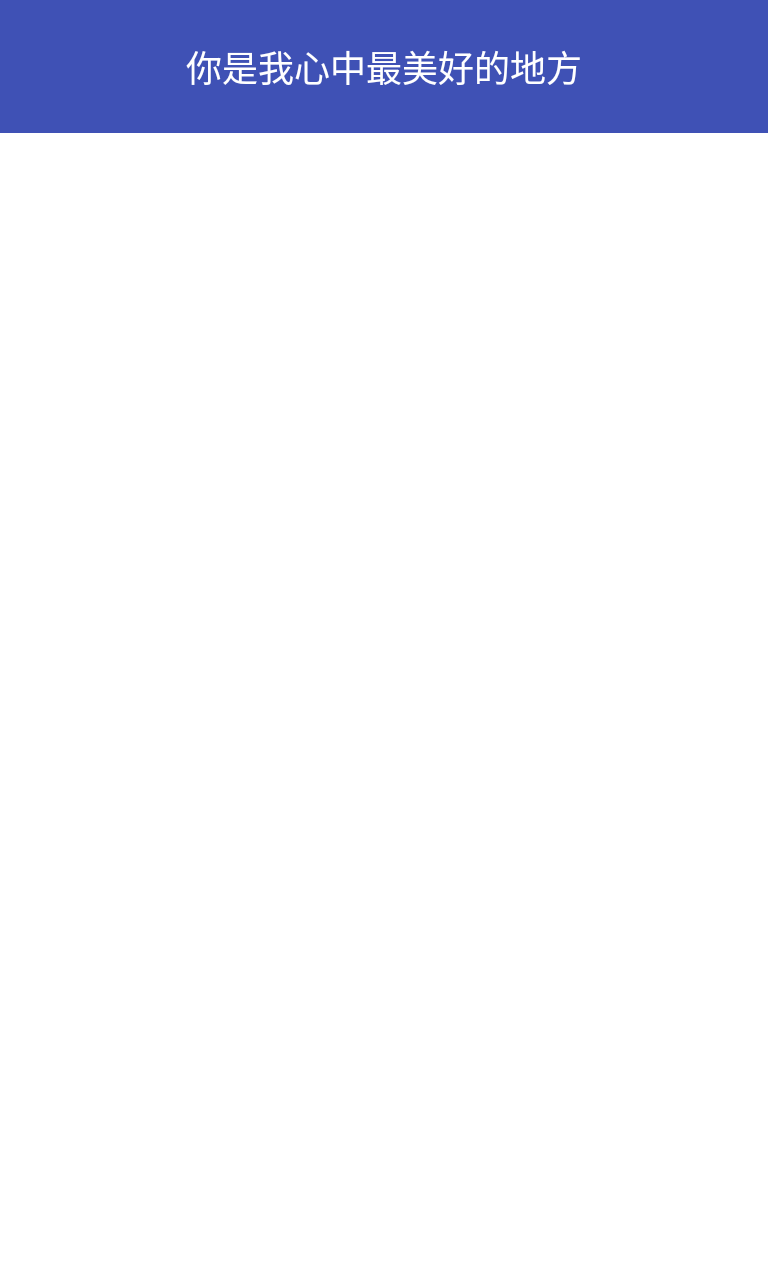
Repository: drugTang/PersonProject
Layout: App/res/layout/base_frame_pager_view.xml
An editor plug-in stored every save of this project. The layout is shown before and after the next save, followed by the edit.
It is drawn on a 768 x 1280 px phone screen (xhdpi) without system bars, with theme android:Theme.Light.NoTitleBar; the app's code is not run.

Above is the layout before, as saved 2015-11-01 05:57:27.

### App/res/layout/base_frame_pager_view.xml
<?xml version="1.0" encoding="utf-8"?>
<LinearLayout xmlns:android="http://schemas.android.com/apk/res/android"
    android:layout_width="match_parent"
    android:layout_height="match_parent"
    android:orientation="vertical" >

    <TextView
        android:id="@+id/tv_title"
        android:layout_width="match_parent"
        android:layout_height="wrap_content"
        android:background="#3F51B5"
        android:textSize="18sp"
        android:textColor="#fff"
        android:gravity="center"
        android:padding="20dp"
        android:text="你是我心中最美好的地方"
        />


</LinearLayout>

After the next save:
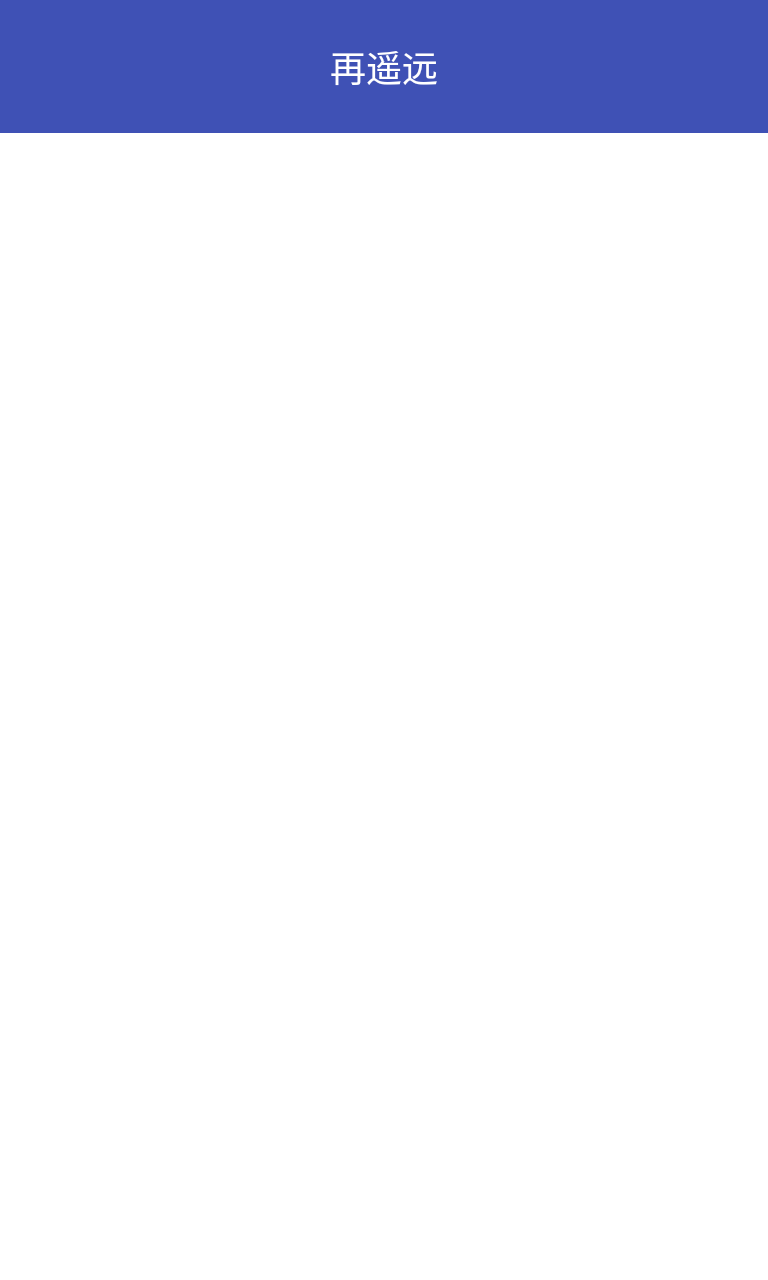
Saved 2 min 2 s later.
--- a/App/res/layout/base_frame_pager_view.xml
+++ b/App/res/layout/base_frame_pager_view.xml
@@ -13,7 +13,7 @@
         android:textColor="#fff"
         android:gravity="center"
         android:padding="20dp"
-        android:text="你是我心中最美好的地方"
+        android:text="再遥远"
         />
 
 
